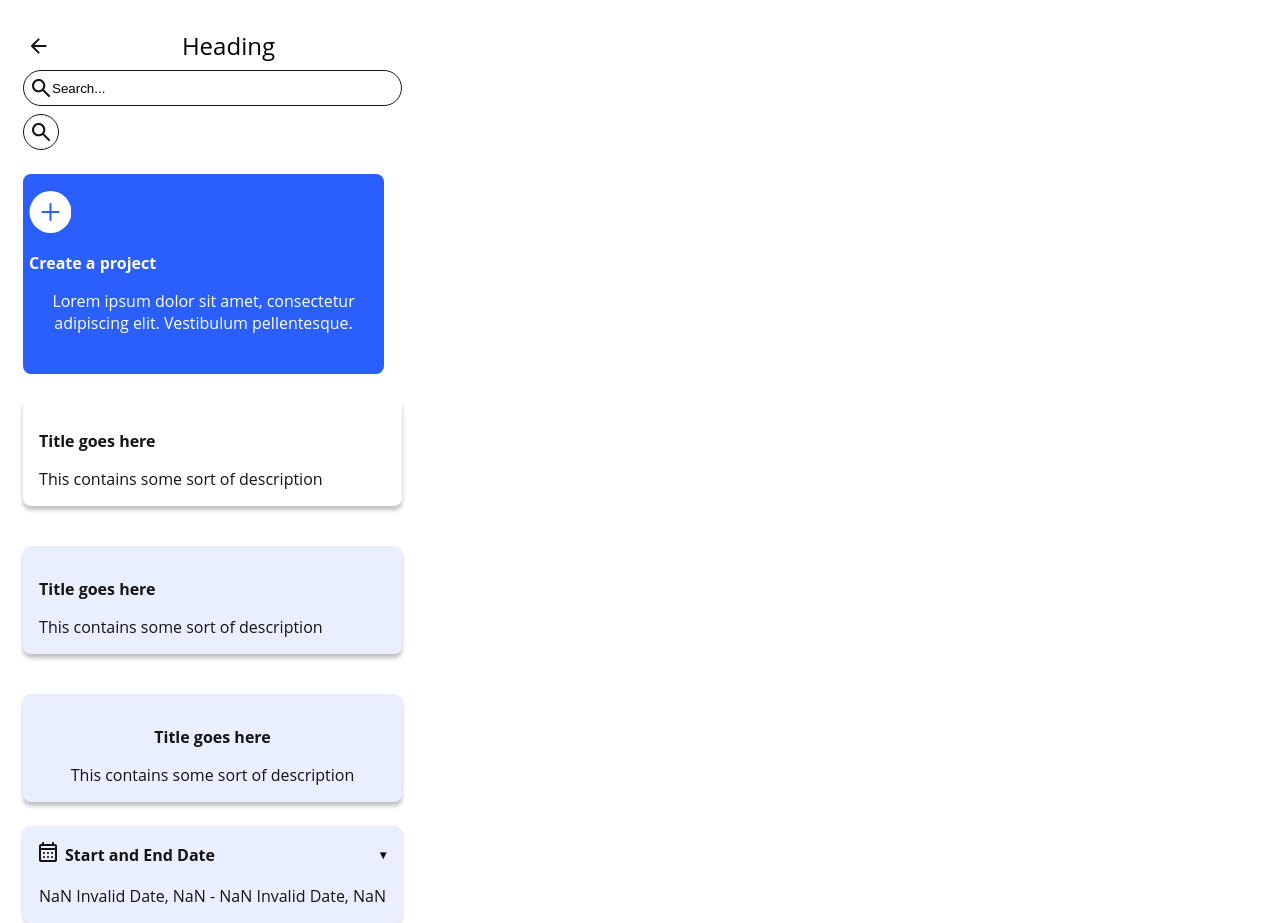
Repository: brunaguarizo/mosaic_app
Page: /
The author's editor kept a copy of each file at every save. The page is drawn from the files as they stood at one save, then again after the next save.
The browser window is 1280 px wide. The pictures show the whole page.
The project was rebuilt for these pictures with package versions that can differ from the ones it lists, and the page was loaded fresh each time. The framework's server and built-in components were replaced by stand-ins that run in the browser. Also part of the build but not shown: next.config.mjs, app/_ui/navbar/navbar.js, app/_ui/Button/Button.js, app/_ui/Tag/Tag.js, app/_ui/Project_card/Project_card.js, app/_ui/Date_PopUp/Date_PopUp.module.css, app/_ui/Date_PopUp/Date_PopUp.js.

Above is the page before, as saved 2025-04-18 19:07:57.

After the next save:
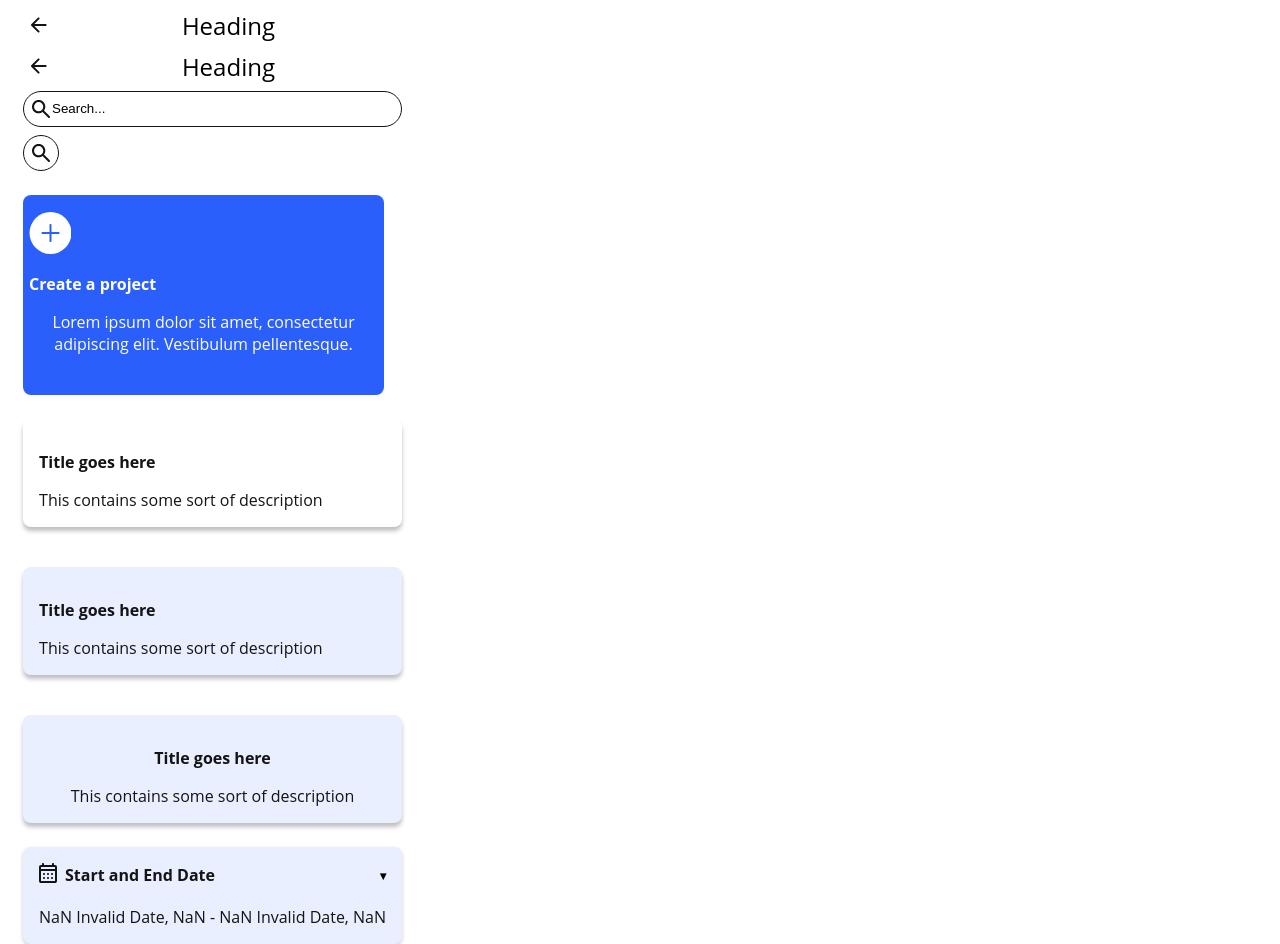
Saved 8 s later.
--- a/app/page.js
+++ b/app/page.js
@@ -12,6 +12,10 @@ import Headingbar from "./_ui/Heading_Bar/Heading_Bar";
 export default function Home() {
     return (
         <div className={Styles.container}>
+            <Headingbar
+                heading='Heading'
+                type='navigation'
+            />
             <Headingbar
                 heading='Heading'
                 type='navigation'
